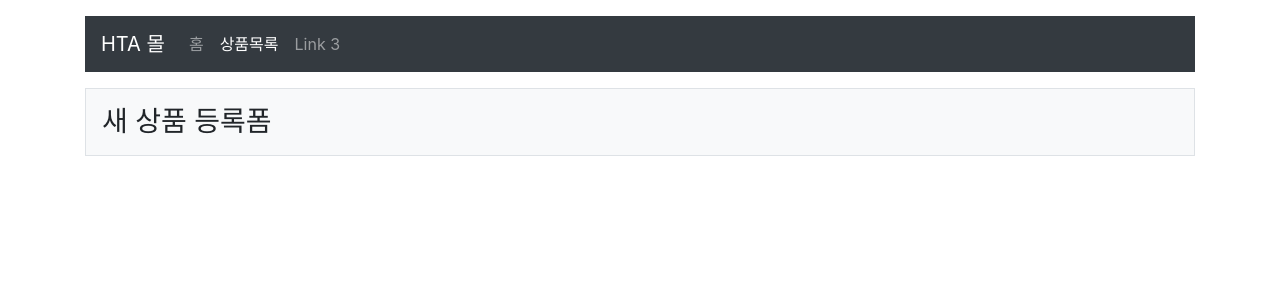
Repository: onuo77/HTA
Page: http://localhost/sample-mybatis/product/form.jsp
An editor plug-in stored every save of this project. The page is shown before and after a run of saves, followed by the edit.
The browser window is 1280 px wide. The pictures show the whole page.
The page is served by Tomcat 9. Other server files are loaded and not shown.

Above is the page before, as saved 2021-05-26 05:26:11.

### java-web/sample-mybatis/src/main/webapp/product/form.jsp
<%@ page contentType="text/html; charset=UTF-8" pageEncoding="UTF-8" %>
<!DOCTYPE html>
<html lang="ko">
<head>
  	<title>Bootstrap 4 Example</title>
  	<meta charset="utf-8">
  	<meta name="viewport" content="width=device-width, initial-scale=1">
  	<link rel="stylesheet" href="https://maxcdn.bootstrapcdn.com/bootstrap/4.5.2/css/bootstrap.min.css">
  	<script src="https://ajax.googleapis.com/ajax/libs/jquery/3.5.1/jquery.min.js"></script>
  	<script src="https://cdnjs.cloudflare.com/ajax/libs/popper.js/1.16.0/umd/popper.min.js"></script>
  	<script src="https://maxcdn.bootstrapcdn.com/bootstrap/4.5.2/js/bootstrap.min.js"></script>
</head>
<body>
<div class="container">
<%
	String navItem = "product";
%>
	<header>
		<%@include file="../common/header.jsp" %>
	</header>
	<main>
		<div class="row mb-3"> <!-- mb-3은 아래쪽 여백을 3만큼 설정한다. -->
			<div class="col-12">
				<h3 class="border p-3 bg-light">새 상품 등록폼</h3>
			</div>
		</div>
	</main>
	<footer>

	</footer>
</div>
</body>
</html>

### java-web/sample-mybatis/src/main/webapp/common/header.jsp
<%@ page pageEncoding="UTF-8"%>
<nav class="navbar navbar-expand-sm bg-dark navbar-dark my-3">
	<a class="navbar-brand" href="">HTA 몰</a>
  	<ul class="navbar-nav">
    	<li class="nav-item <%="home".equals(navItem) ? "active" : "" %>"><a class="nav-link" href="/sample-mybatis/index.jsp">홈</a></li>
    	<li class="nav-item <%="product".equals(navItem) ? "active" : "" %>"><a class="nav-link" href="/sample-mybatis/product/list.jsp">상품목록</a></li>
    	<li class="nav-item"><a class="nav-link" href="#">Link 3</a></li>
  	</ul>
</nav>

After the next 3 saves:
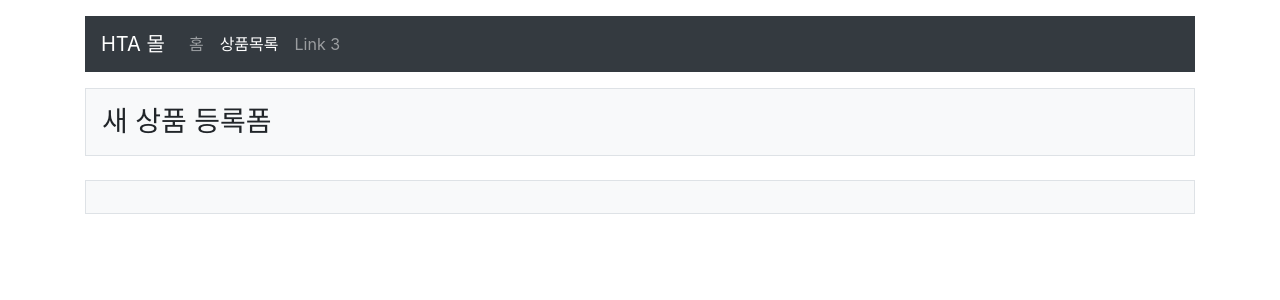
The 3 saves are shown as one change because they came seconds apart.
The last was saved 48 s later.
--- a/java-web/sample-mybatis/src/main/webapp/product/form.jsp
+++ b/java-web/sample-mybatis/src/main/webapp/product/form.jsp
@@ -24,6 +24,13 @@
 				<h3 class="border p-3 bg-light">새 상품 등록폼</h3>
 			</div>
 		</div>
+		<div class="row">
+			<div class="col-12">
+				<form action="" class="border p-3 bg-light">
+
+				</form>
+			</div>
+		</div>
 	</main>
 	<footer>
 
